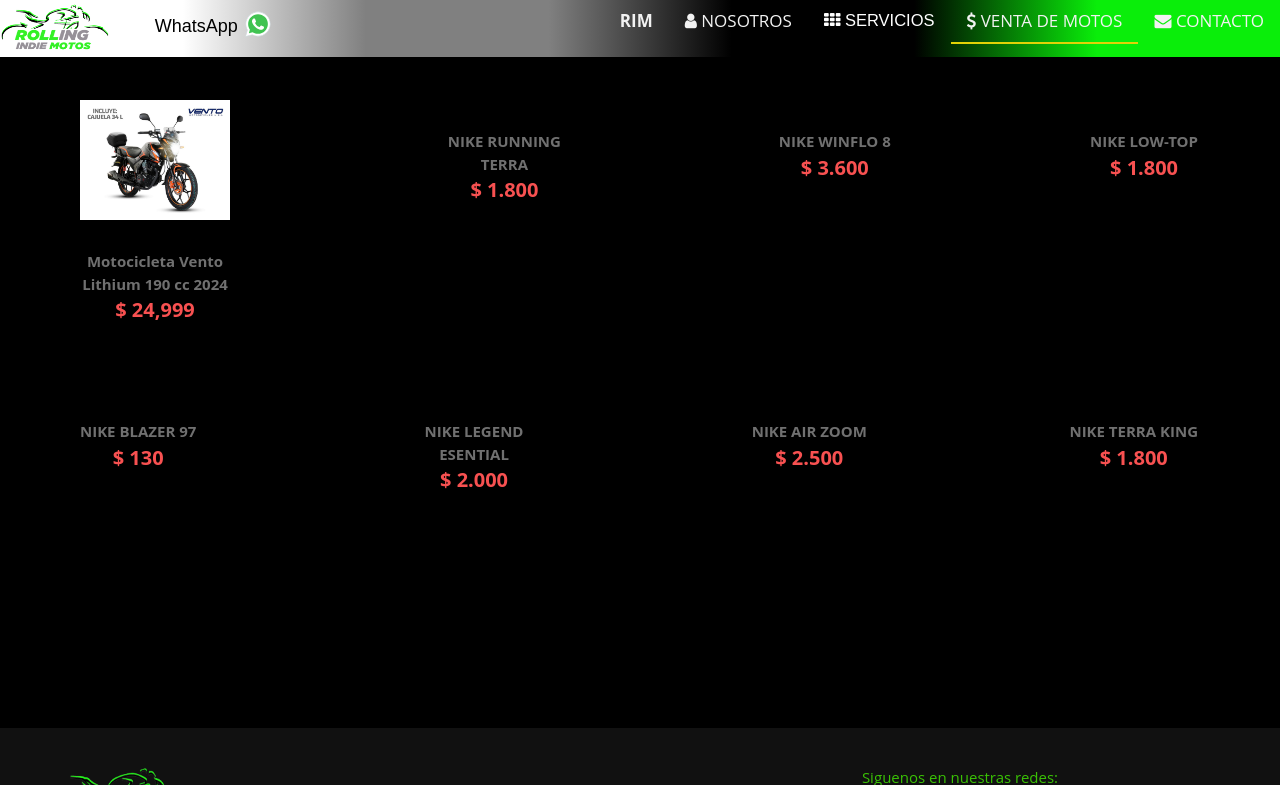
Repository: UVMCoyoacan/eq03_sitio1
Page: 4.0 venta-de-motos.html
An editor plug-in stored every save of this project. The page is shown before and after the next save, followed by the edit.
The browser window is 1280 px wide. The pictures show the part of the page from y = 0 to 785 px (the page is 1204 px tall before and 1308 px after).
A picture or video elsewhere on the page could not be fetched, so the positions and the page height are approximate.

Above is the page before, as saved 2024-04-12 12:58:47.

After the next save:
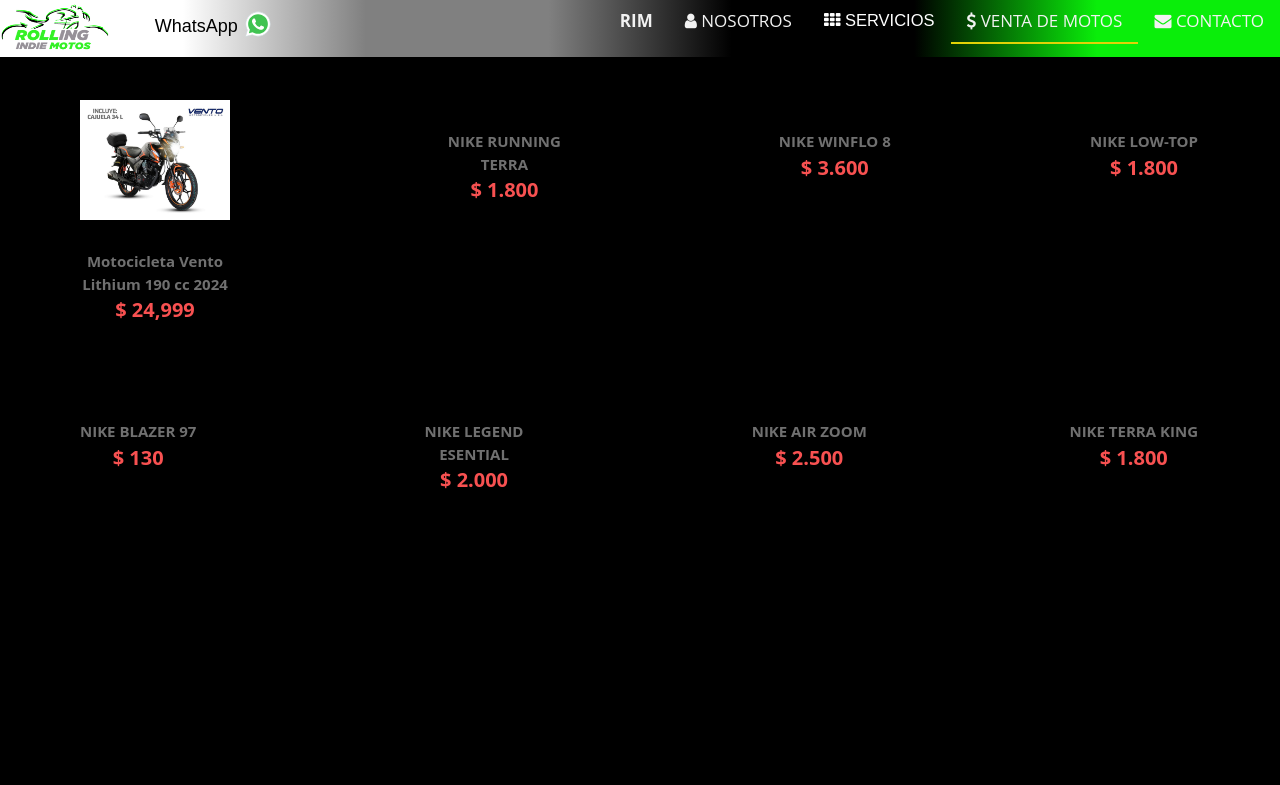
Saved 87 s later.
--- a/4.0 venta-de-motos.html
+++ b/4.0 venta-de-motos.html
@@ -87,7 +87,7 @@
       </div>
       <div class="info">
           <img src="Ims/ventademotos/1.avif" alt="" id="img">
-          <h2 id="modelo"></h2>
+          <h2 id="modelo">Un diseño de color negro con rojo</h2>
           <p id="descripcion">Un diseño de color negro con rojo</p>
           <span class="precio" id="precio">$ 24,999</span>
           </div>
